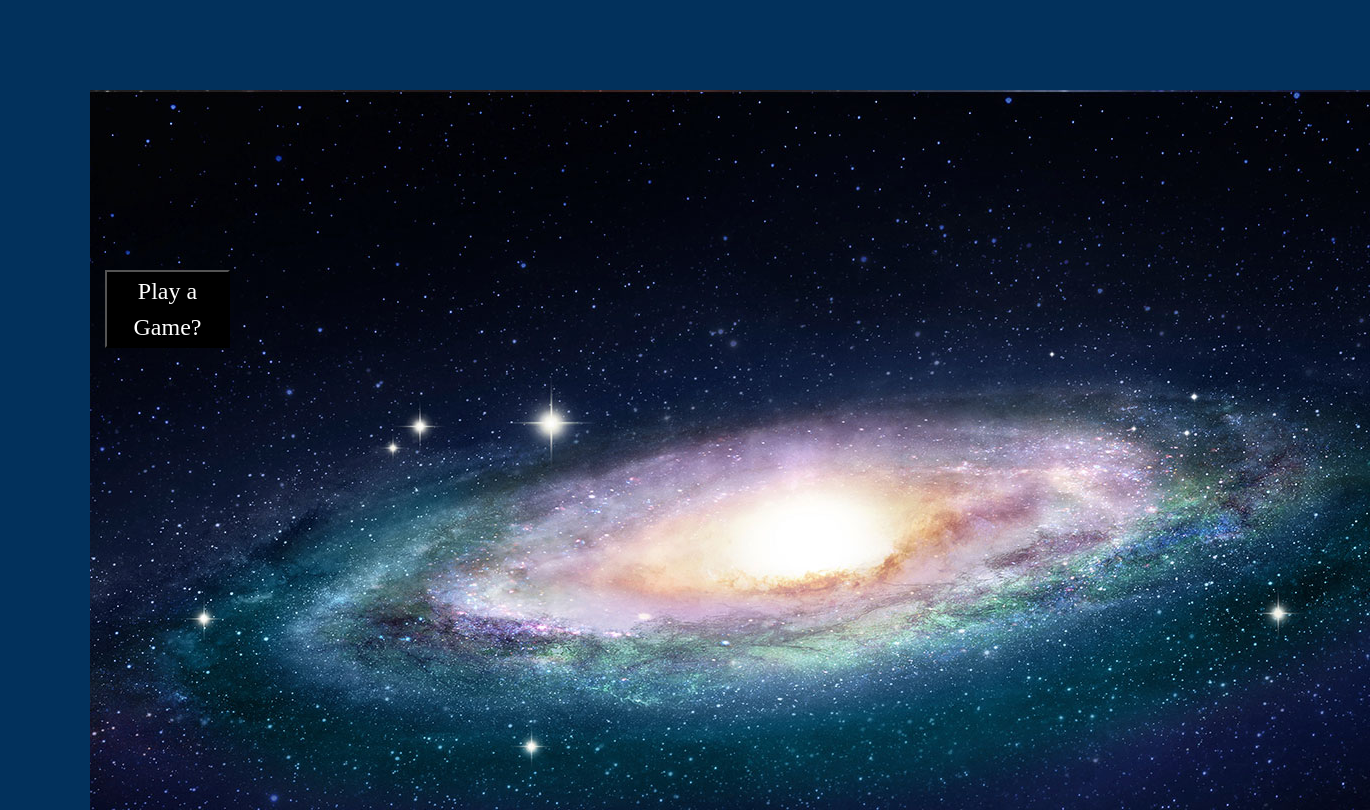
Repository: dsaftler/Trivia
Page: index.html
An editor plug-in stored every save of this project. The page is shown before and after the next save, followed by the edit.
The browser window is 1280 px wide. The page is 1370 px wide, so the pictures cover 1370 px, including what lies to the right of the window. The pictures show the whole page.
Some web fonts or font styles are not loaded; a fallback is used.

Above is the page before, as saved 2019-04-13 16:00:09.

After the next save:
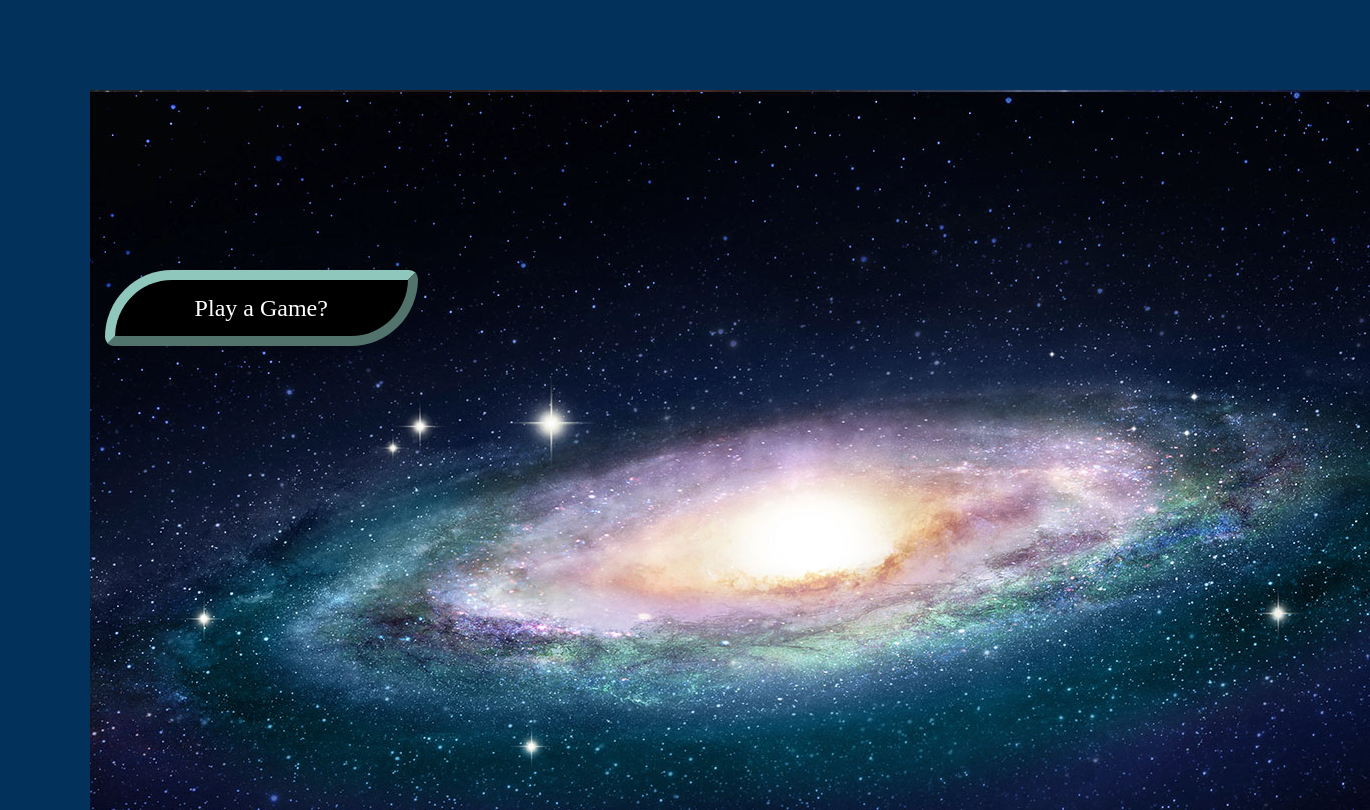
Saved 8 min 41 s later.
--- a/assets/css/style.css
+++ b/assets/css/style.css
@@ -21,11 +21,15 @@ body {
   max-width: 1536px;
 }
 button{
-
-  width:10%;
+  width:25%;
   margin: auto;
   color:white;
+  padding: 10px;
   background-color:black;
+  border-color: #8fc7bc;
+  border-style: outset;
+  border-width: 10px;
+   border-radius: 150px 20px;
 }
 .scoreElements{
 align-content: center;
@@ -40,7 +44,7 @@ width: 75%;
   width: 75%;
 }
 ul li a {
-  color: #8fc7bc);
+  color: #8fc7bc;
   display: block;
   text-decoration: none;
   padding: 16px;
